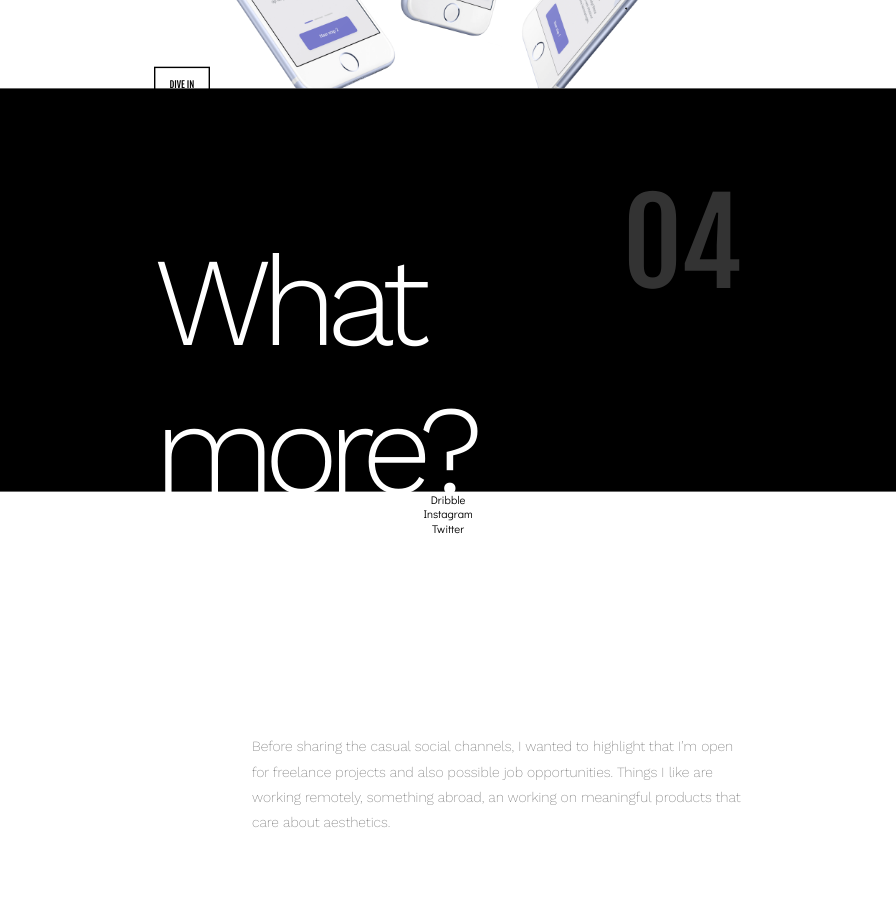
Repository: m0lt/DigitalDesigner
Page: index.html
The author's editor kept a copy of each file at every save. The page is drawn from the files as they stood at one save, then again after the next save.
The browser window is 1280 px wide. The pictures show the part of the page from y = 3586 to 5506 px (the page is 4879 px tall before and 5506 px after), at 70% of full size.
Backgrounds fixed to the window are drawn as part of the page.

Above is the page before, as saved 2025-07-08 11:45:41.

### index.html
<!DOCTYPE html>
<html lang="en">
  <head>
    <meta charset="UTF-8" />
    <meta name="viewport" content="width=device-width, initial-scale=1.0" />
    <link rel="stylesheet" href="./assets/css/styles.css" />
    <link rel="stylesheet" href="./assets/css/styles.css" />
    <title>Project 1</title>
  </head>
  <body>
    <header></header>
    <main>
      <section id="hero">
        <p>Super Portfolio of</p>
        <h1>DIGITAL<br />DESIGNER</h1>
        <img src="./assets/img/portfolio1.jpeg" alt="Man Jumping on Rock" />
        <p>WORK</p>
      </section>
      <article id="ORBIS" class="dark content">
        <p class="Year">2019</p>
        <h2>ORBIS</h2>
        <p>Corporate Website</p>
        <button>DIVE IN</button>
        <p class="number">01</p>
      </article>
      <article id="ROLLR" class="light content">
        <p class="Year">2019</p>
        <h2>ROLLR</h2>
        <p>Marketing Website</p>
        <button>DIVE IN</button>
        <p class="number">02</p>
      </article>
      <article id="GALITOS" class="dark content">
        <p class="Year">2018</p>
        <h2>GALITO'S</h2>
        <p>Marketing Website</p>
        <button>DIVE IN</button>
        <p class="number">03</p>
      </article>
      <article id="TRETTO" class="light content">
        <p class="Year">2018</p>
        <h2>TRETTO</h2>
        <p>Mobile App</p>
        <button>DIVE IN</button>
        <p class="number">04</p>
      </article>
      <article id="more" class="content">
        <h2>What more?</h2>
        <div>
          <p>
            Before sharing the casual social channels, I wanted to highlight that I’m open for freelance projects and
            also possible job opportunities. Things I like are working remotely, something abroad, an working on
            meaningful products that care about aesthetics.
          </p>
          <p>super@super.de</p>
        </div>
      </article>
    </main>
    <footer>
      <p>Dribble</p>
      <p>Instagram</p>
      <p>Twitter</p>
    </footer>
  </body>
</html>

### assets/css/styles.css
* {
  box-sizing: border-box;
  margin: 0;
  padding: 0;
}

:root {
  --void: #000;
  --bright: #fff;
  --dark: #333;
  --mid: #666;
  --light: #9e9e9e;
  --font-size: 16px;
}

@font-face {
  font-family: "Didact Gothic";
  src: url(../font/Didact_Gothic/DidactGothic-Regular.ttf);
}
@font-face {
  font-family: "Fjalla One";
  src: url(../font/Fjalla_One/FjallaOne-Regular.ttf);
}
@font-face {
  font-family: "Work Sans";
  src: url(../font/Work_Sans/WorkSans-VariableFont_wght.ttf);
}

html {
}

h1 {
  font-family: "Didact Gothic";
  font-size: 100px;
  font-weight: 100px;
  letter-spacing: -2px;
  margin: 30px;
}

h2 {
  font-family: "Didact Gothic";
  font-size: 112px;
  padding: 50px 0 50px 0;
}

.content {
  margin: 0 auto;
  padding: 150px 220px;
  height: 80vh;
  background-repeat: no-repeat;
  background-attachment: fixed;
  background-size: cover;
}

.content p {
  font-family: "Work Sans";
  font-size: 20px;
}

/* Strich vor der Jahreszahl */
.Year::before {
  content: "";
  display: inline-block;
  width: 17px;
  height: 2px;
  margin-right: 8px;
  vertical-align: middle;
}

button {
  border-width: 2px;
  border-style: solid;
  padding: 15px 20px;
  margin: 100px 0;
  background-color: transparent;
  font-family: "Fjalla One";
}

p.number {
  font-size: 165px;
  opacity: 50%;
  font-family: "Fjalla One";
  text-align: end;
}

/* !=============Color Scheme: Dark=============== */
.dark p {
  color: var(--light);
}
.dark h2 {
  color: var(--bright);
}
.dark button {
  border-color: var(--light);
  color: var(--bright);
}
.dark .Year::before {
  background-color: var(--light);
}

/* !=============Color Scheme: Light=============== */

.light p {
  color: var(--mid);
}
.light h2 {
  color: var(--void);
}
.light button {
  border-color: var(--void);
  color: var(--void);
}
.light .Year::before {
  background-color: var(--mid);
}

/* #==============Sections=============== */

#hero {
  text-align: center;
  margin: 20px;
}
#hero p {
  font-family: "Work Sans";
}
#hero p:nth-of-type(1) {
  font-size: 20px;
}
#hero p:nth-of-type(2) {
  margin: 50px;
  font-size: 160px;
}

#ORBIS {
  background-image: url("../img/portfolio2.jpg");
}

#ROLLR {
  background-image: url("../img/portfolio3.png");
}

#GALITOS {
  background-image: url("../img/portfolio4.jpg");
}

#TRETTO {
  background-image: url("../img/portfolio5.png");
}

#more {
  background-color: var(--void);
}

#more h2 {
  font-size: 180px;
  font-family: "Work Sans";
  font-weight: 300;
  letter-spacing: -15px;
  color: var(--bright);
}

#more div {
  margin-top: 250px;
  width: 700px;
  float: right;
}
#more p:nth-child(1) {
  color: var(--mid);
  font-weight: 200;
  line-height: 180%;
}
#more p:nth-child(2) {
  padding-top: 30px;
  font-size: 60px;
  font-weight: 300;
  color: var(--bright);
  letter-spacing: -5px;
}

footer p {
  text-align: center;
  font-family: "Didact Gothic";
  font-weight: 300;
  color: var(--void);
}

After the next save:
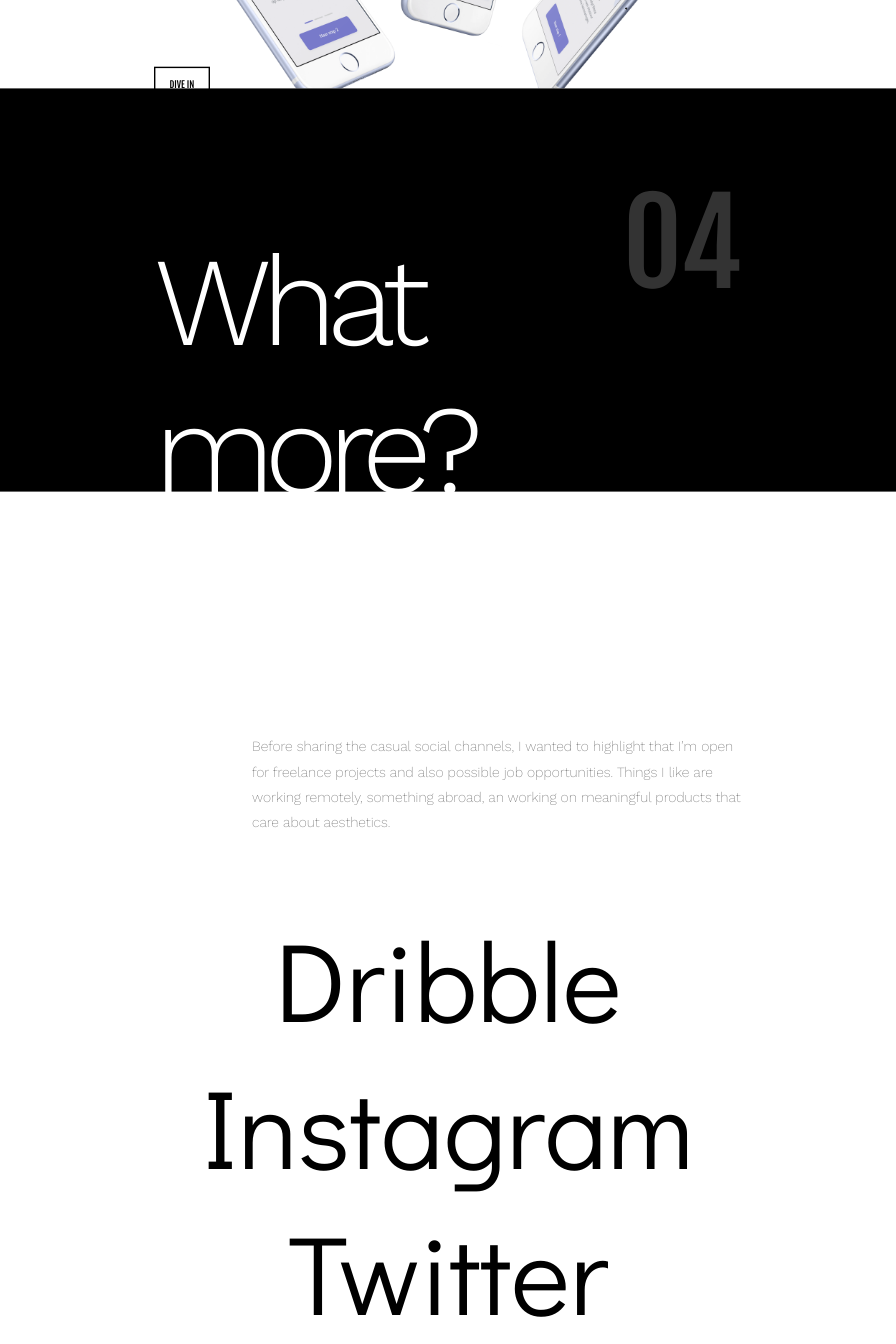
Saved 12 s later.
--- a/assets/css/styles.css
+++ b/assets/css/styles.css
@@ -179,6 +179,7 @@
 
 footer p {
   text-align: center;
+  font-size: 160px;
   font-family: "Didact Gothic";
   font-weight: 300;
   color: var(--void);
